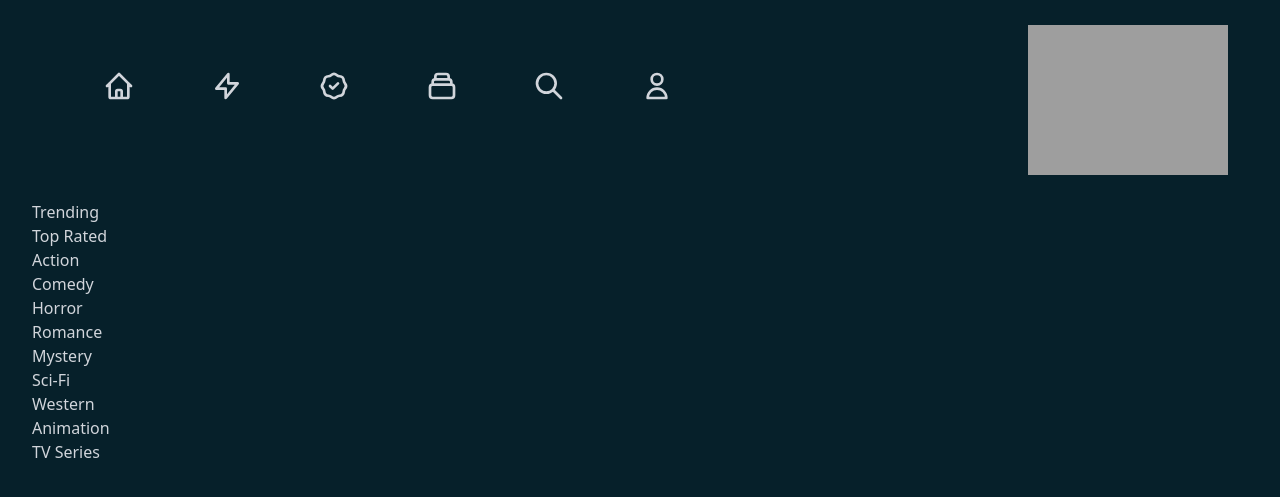
Repository: Delos-343/Hulu-2.0
Page: /
The author's editor kept a copy of each file at every save. The page is drawn from the files as they stood at one save, then again after the next save.
The browser window is 1280 px wide. The pictures show the whole page.
Pictures or frames that could not be fetched are drawn as grey boxes. The project was rebuilt for these pictures with package versions that can differ from the ones it lists, and the page was loaded fresh each time. The framework's server and built-in components were replaced by stand-ins that run in the browser. Also part of the build but not shown: next.config.js.

Above is the page before, as saved 2022-04-07 05:43:21.

### pages/index.js
import Head from 'next/head'
import styles from '../styles/Home.module.css'
import Header from '../components/Header'
import Nav from '../components/Nav'

export default function Home() {
  return (
    <div className={styles.container}>
      <Head>
        <title>Create Next App</title>
        <meta name="description" content="A personal starter project for NEXT.JS" />
        <link rel="icon" href="/favicon.ico" />
      </Head>

      <Header />
      <Nav />


      {/* Results.section */}



    </div>
  )
}

### styles/globals.css
@tailwind base;
@tailwind components;
@tailwind utilities;

@layer base {
  body {
    @apply bg-[#06202a] text-gray-300;
  }
}

### components/Header.jsx
import React from 'react'
import Image from 'next/image'
import HeaderItem from './HeaderItem'

import { BadgeCheckIcon, CollectionIcon, HomeIcon,
         LightningBoltIcon, SearchIcon, UserIcon } from '@heroicons/react/outline'

function Header() {
  return (
    <header className='flex flex-colsm:flex-row m-5 justify-between
    items-center h-auto'>
        <div className='flex flex-grow justify-evenly max-w-2xl'>
          <HeaderItem title='HOME' Icon={HomeIcon} />
          <HeaderItem title='TRENDING' Icon={LightningBoltIcon} />
          <HeaderItem title='VERIFIED' Icon={BadgeCheckIcon} />
          <HeaderItem title='COLLECTIONS' Icon={CollectionIcon} />
          <HeaderItem title='SEARCH' Icon={SearchIcon} />
          <HeaderItem title='ACCOUNT' Icon={UserIcon} />
        </div>
        <Image
        className='object-contain'
        src='https://i.postimg.cc/T13jh1vV/IDe-Text-White-3rd-Version-copy-2.png'
        width={200}
        height={160}
        />
    </header>
  )
}

export default Header

### components/Nav.jsx
import React from 'react'
import req from '../utils/requests'

function Nav() {
  return (
    <nav>
        <div>
          {Object.entries(req).map(([key, { title, url }]) => (
            <h2 key={key}
                className='cursor-pointer transition duration-100
                           transform hover:scale-125 hover:text-white
                           active:text-red-500'> {title} </h2>
          ))}
        </div>
    </nav>
  )
}

export default Nav

### components/HeaderItem.jsx
import React from 'react'

function HeaderItem({ Icon, title }) {
  return (
    <div className='flex flex-col items-center cursor-pointer group
                    w-12 sm:w-20 hover:text-white'>

      <Icon className='h-8 mb-1 group-hover:animate-bounce' />

      <p className='opacity-0 group-hover:opacity-100
                    tracking-widest'>
        {title}
      </p>
    </div>
  )
}

export default HeaderItem

### utils/requests.js
const API_KEY = process.env.API_KEY;

export default {
    fetchTrending: {
        title: 'Trending',
        url: '/trending/all/week?api_key=${API_KEY}&language=en-US'
    },
    fetchTopRated: {
        title: 'Top Rated',
        url: '/movie/top_rated/week?api_key=${API_KEY}&language=en-US'
    },
    fetchActionMovies: {
        title: 'Action',
        url: '/discover/movie/week?api_key=${API_KEY}&with_genres=20'
    },
    fetchComedyMovies: {
        title: 'Comedy',
        url: '/discover/movie/week?api_key=${API_KEY}&with_genres=35'
    },
    fetchHorrorMovies: {
        title: 'Horror',
        url: '/discover/movie/week?api_key=${API_KEY}&with_genres=27'
    },
    fetchRomanceMovies: {
        title: 'Romance',
        url: '/discover/movie/week?api_key=${API_KEY}&with_genres=10749'
    },
    fetchMystery: {
        title: 'Mystery',
        url: '/discover/movie/week?api_key=${API_KEY}&with_genres=9648'
    },
    fetchSciFi: {
        title: 'Sci-Fi',
        url: '/discover/movie/week?api_key=${API_KEY}&with_genres=870'
    },
    fetchWestern: {
        title: 'Western',
        url: '/discover/movie/week?api_key=${API_KEY}&with_genres=37'
    },
    fetchAnimation: {
        title: 'Animation',
        url: '/discover/movie/week?api_key=${API_KEY}&with_genres=16'
    },
    fetchTV: {
        title: 'TV Series',
        url: '/discover/movie/week?api_key=${API_KEY}&with_genres=10770'
    },
}

Loaded but not shown: pages/_app.js (common file); styles/Home.module.css (common file); tailwind.config.js (common file)

After the next save:
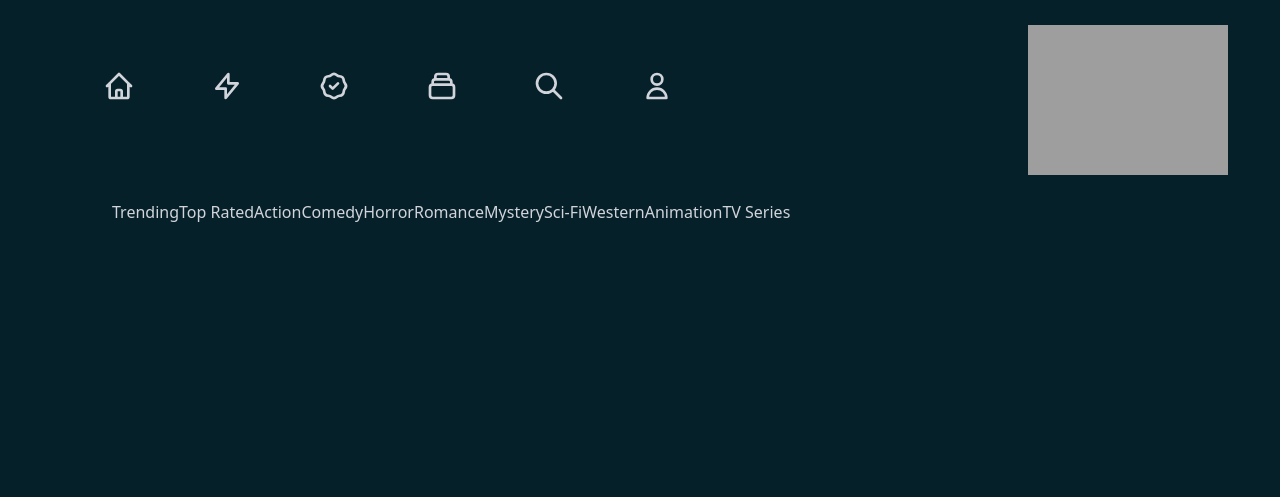
Saved 23 s later.
--- a/components/Nav.jsx
+++ b/components/Nav.jsx
@@ -4,7 +4,7 @@ import req from '../utils/requests'
 function Nav() {
   return (
     <nav>
-        <div>
+        <div className='flex px-10 sm:px-20'>
           {Object.entries(req).map(([key, { title, url }]) => (
             <h2 key={key}
                 className='cursor-pointer transition duration-100
